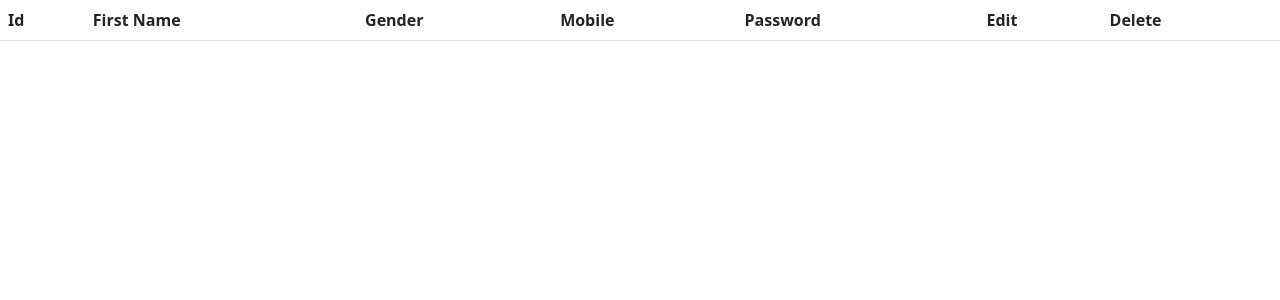
Repository: Manantop123/test
Page: http://localhost/website/show.jsp
An editor plug-in stored every save of this project. The page is shown before and after the next save, followed by the edit.
The browser window is 1280 px wide. The pictures show the whole page.
The page is served by Tomcat 9. Queries for data that is not in the repository find no rows.

Above is the page before, as saved 2022-10-30 11:36:04.

After the next save:
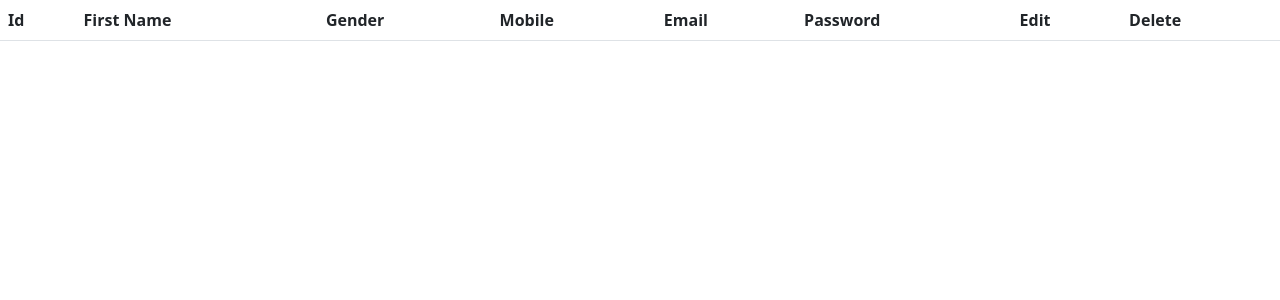
Saved 30 s later.
--- a/website/WebContent/show.jsp
+++ b/website/WebContent/show.jsp
@@ -20,6 +20,7 @@
 		<th>First Name</th>
 		<th>Gender</th>
 		<th>Mobile</th>
+		<th>Email</th>
 		<th>Password</th>
 		<th>Edit</th>
 		<th>Delete</th>
